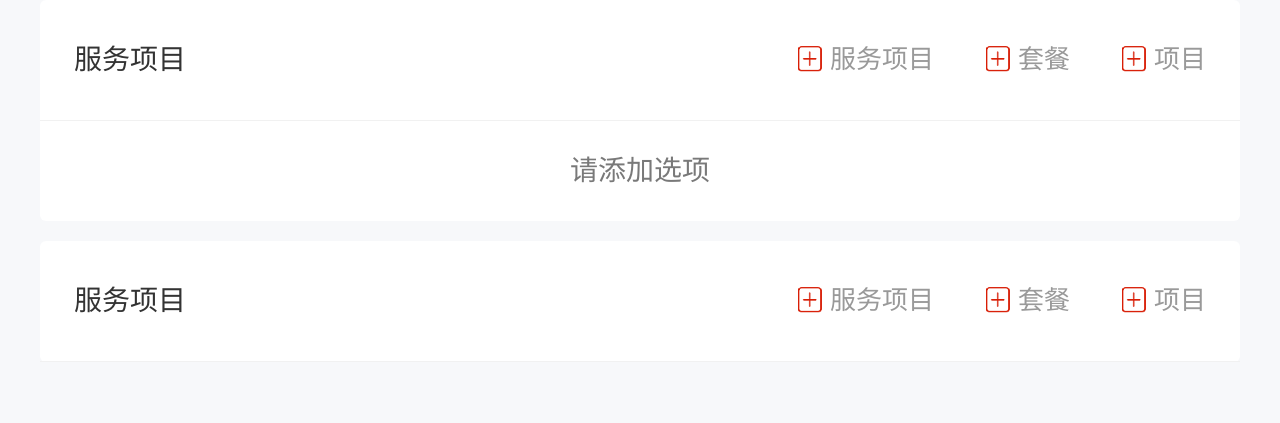
Repository: family-car/car
Page: maintenance.html
An editor plug-in stored every save of this project. The page is shown before and after the next save, followed by the edit.
The browser window is 1280 px wide. The pictures show the whole page.

Above is the page before, as saved 2020-05-12 20:50:03.

After the next save:
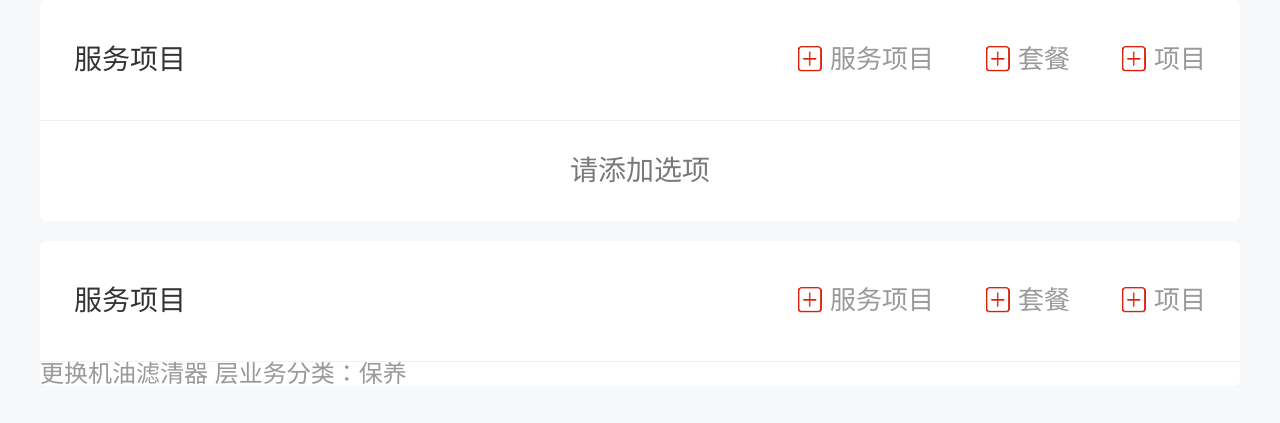
Saved 33 s later.
--- a/maintenance.html
+++ b/maintenance.html
@@ -42,7 +42,10 @@
                 </ul>
                 <div class="serviceProject_list">
                     <ul class="changeOil">
-                        <span></span>
+                        <li>
+                            <span>更换机油滤清器</span>
+                            <span>层业务分类：保养</span>
+                        </li>
                     </ul>
 
                 </div>
